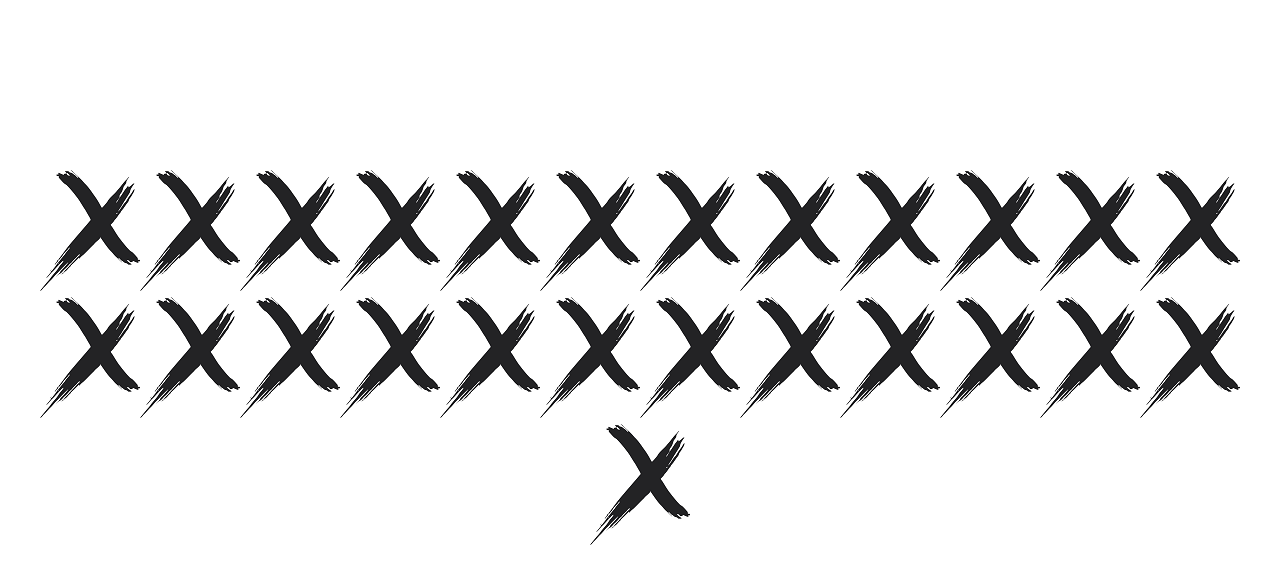
Repository: abelcabezaroman/react-treasure-game
Page: /
An editor plug-in stored every save of this project. The page is shown before and after a run of saves, followed by the edit.
The browser window is 1280 px wide. The pictures show the whole page.
The project was rebuilt for these pictures with package versions that can differ from the ones it lists, and the page was loaded fresh each time.

Above is the page before, as saved 2024-04-01 10:26:33.

### src/App.js
import './App.css';
import Game from './components/Game';

function App() {
  return (
    <div className="App">
      <div className="App-header">

      <Game />
      </div>
    </div>
  );
}

export default App;

### src/components/Game.jsx
import { useState } from "react";

// const defaultData = [
//   [
//     {
//       img: "x.png",
//     },
//     {
//       img: "x.png",
//     },
//     {
//       img: "x.png",
//     },
//     {
//       img: "x.png",
//     },
//     {
//       img: "x.png",
//     },
//   ],
//   [
//     {
//       img: "x.png",
//     },
//     {
//       img: "x.png",
//     },
//     {
//       img: "x.png",
//     },
//     {
//       img: "x.png",
//     },
//     {
//       img: "x.png",
//     },
//   ],
//   [
//     {
//       img: "x.png",
//     },
//     {
//       img: "x.png",
//     },
//     {
//       img: "x.png",
//     },
//     {
//       img: "x.png",
//     },
//     {
//       img: "x.png",
//     },
//   ],
//   [
//     {
//       img: "x.png",
//     },
//     {
//       img: "x.png",
//     },
//     {
//       img: "x.png",
//     },
//     {
//       img: "x.png",
//     },
//     {
//       img: "x.png",
//     },
//   ],
//   [
//     {
//       img: "x.png",
//     },
//     {
//       img: "x.png",
//     },
//     {
//       img: "x.png",
//     },
//     {
//       img: "x.png",
//     },
//     {
//       img: "x.png",
//     },
//   ],
// ];

const generateInitialArray = (num, num2) => {
  const newBiXArray = [];
  for (let index = 0; index < num; index++) {
    const newBiYArray = [];
    for (let index = 0; index < num2; index++) {
      newBiYArray.push({
        img: "x.png",
      });
    }
    newBiXArray.push(newBiYArray)
  }

  return newBiXArray;
};


const numRow = 5;
const numCols = 5;

const random = Math.floor(Math.random() * numRow);
const random2 = Math.floor(Math.random() * numCols);

export default function Game() {
  const [data, setData] = useState(generateInitialArray(numRow, numCols));
console.log(data);
  const checkGame = (index, indexChild) => {
    const copyData = [...data];

    if (random === index && random2 === indexChild) {
      copyData[index][indexChild].img = "chest.png";
    } else {
      copyData[index][indexChild].img = "skull.png";
    }

    setData(copyData);
  };

  return (
    <div>
      {data.map((item, index) =>
        item.map((itemChild, indexChild) => (
          <img
            onClick={() => checkGame(index, indexChild)}
            key={index + "-" + indexChild}
            src={itemChild.img}
            alt="Imagen de juego"
          />
        ))
      )}
    </div>
  );
}

Loaded but not shown: public/index.html (common file); src/index.js (common file); src/index.css (common file); src/reportWebVitals.js (common file); src/App.css (common file)

After the next 2 saves:
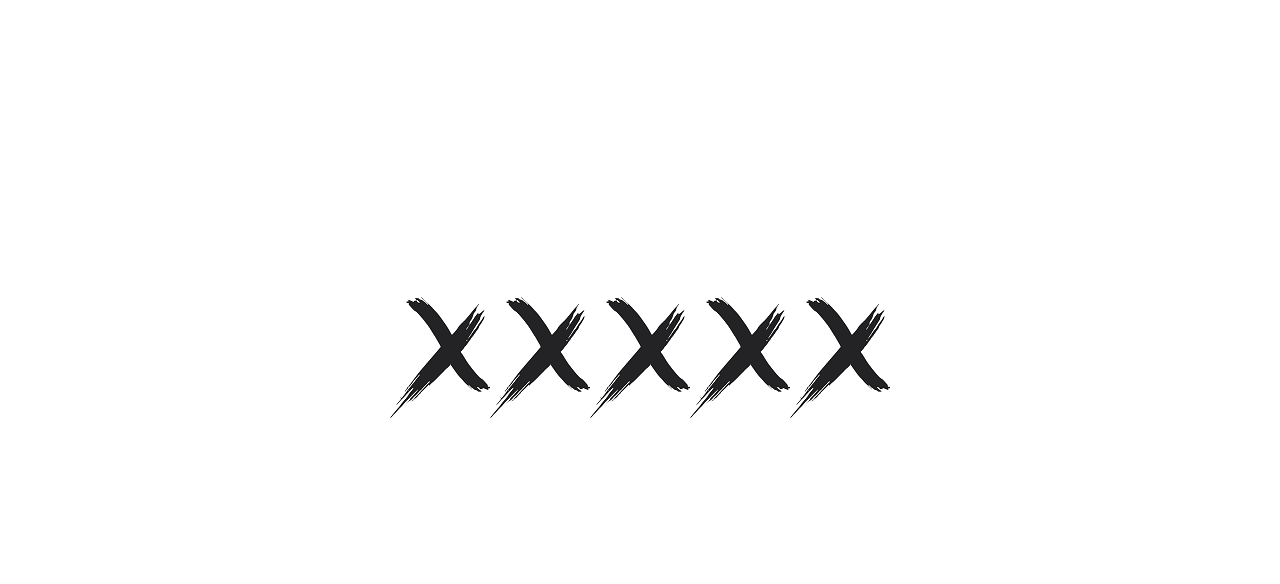
The 2 saves are shown as one change because 1 did not build or start.
The last was saved 2 min 45 s later.
--- a/src/components/Game.jsx
+++ b/src/components/Game.jsx
@@ -90,17 +90,17 @@
 
 const generateInitialArray = (num, num2) => {
   const newBiXArray = [];
-  for (let index = 0; index < num; index++) {
+  // for (let index = 0; index < num; index++) {
     const newBiYArray = [];
     for (let index = 0; index < num2; index++) {
       newBiYArray.push({
         img: "x.png",
       });
     }
-    newBiXArray.push(newBiYArray)
-  }
+  //   newBiXArray.push(newBiYArray)
+  // }
 
-  return newBiXArray;
+  return newBiYArray;
 };
 
 
@@ -128,14 +128,12 @@
   return (
     <div>
       {data.map((item, index) =>
-        item.map((itemChild, indexChild) => (
           <img
-            onClick={() => checkGame(index, indexChild)}
-            key={index + "-" + indexChild}
-            src={itemChild.img}
+            onClick={() => checkGame(index, index)}
+            key={index + "-" + index}
+            src={item.img}
             alt="Imagen de juego"
           />
-        ))
       )}
     </div>
   );

After the save that followed:
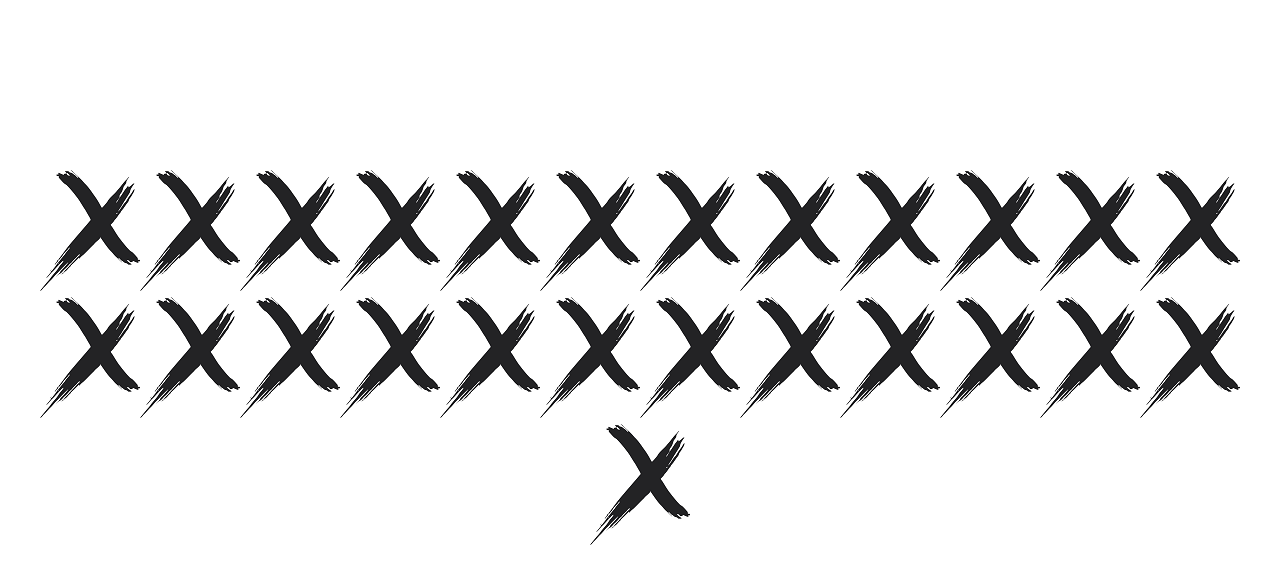
Saved 73 s later.
--- a/src/components/Game.jsx
+++ b/src/components/Game.jsx
@@ -90,17 +90,17 @@
 
 const generateInitialArray = (num, num2) => {
   const newBiXArray = [];
-  // for (let index = 0; index < num; index++) {
+  for (let index = 0; index < num; index++) {
     const newBiYArray = [];
     for (let index = 0; index < num2; index++) {
       newBiYArray.push({
         img: "x.png",
       });
     }
-  //   newBiXArray.push(newBiYArray)
-  // }
+    newBiXArray.push(newBiYArray)
+  }
 
-  return newBiYArray;
+  return newBiXArray;
 };
 
 
@@ -128,12 +128,14 @@
   return (
     <div>
       {data.map((item, index) =>
+        item.map((itemChild, indexChild) => (
           <img
-            onClick={() => checkGame(index, index)}
-            key={index + "-" + index}
-            src={item.img}
+            onClick={() => checkGame(index, indexChild)}
+            key={index + "-" + indexChild}
+            src={itemChild.img}
             alt="Imagen de juego"
           />
+        ))
       )}
     </div>
   );
